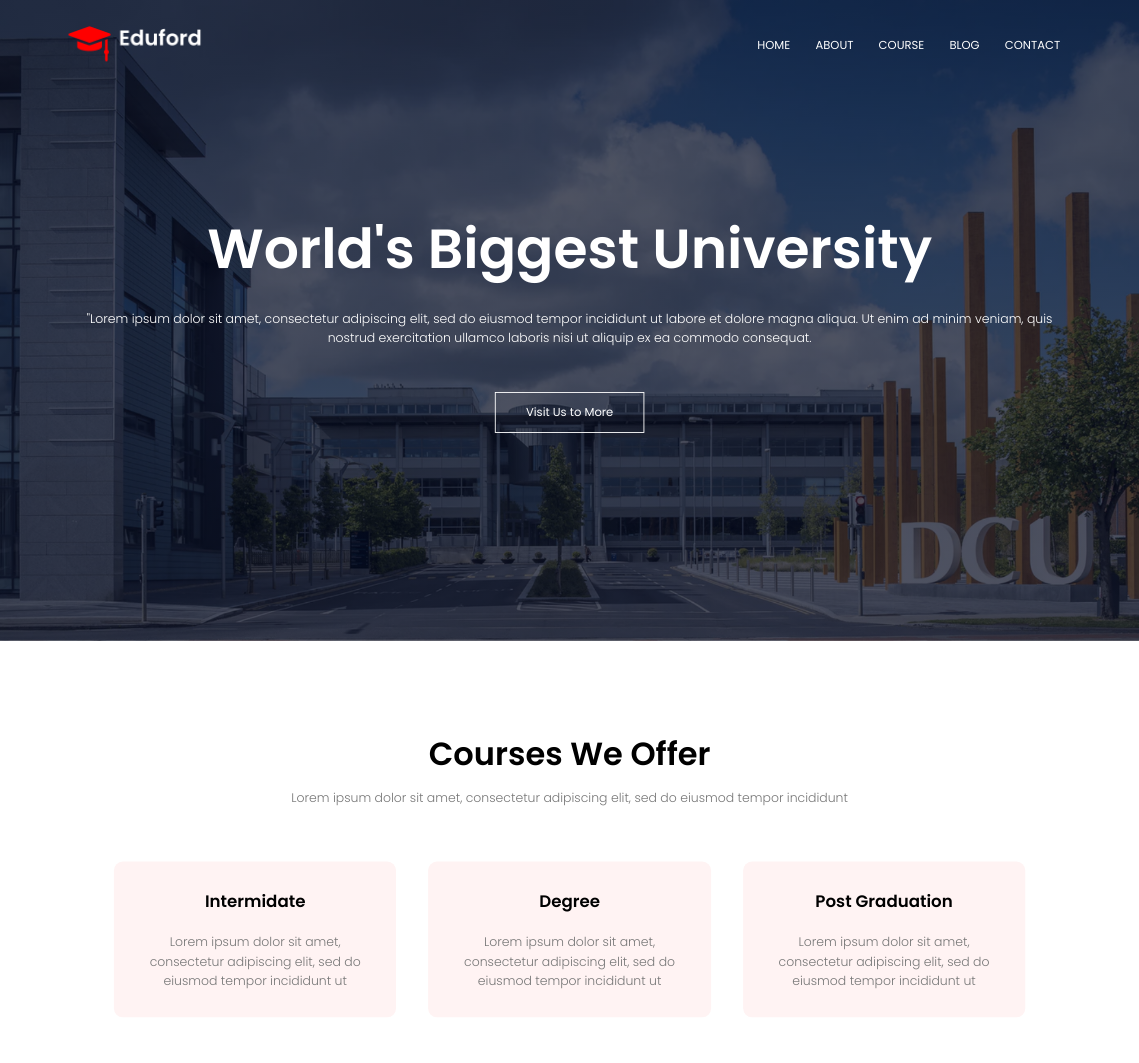
Repository: dewaary/company-profile
Page: index.html
The author's editor kept a copy of each file at every save. The page is drawn from the files as they stood at one save, then again after the next save.
The browser window is 1280 px wide. The pictures show the whole page, at 89% of full size.
The pointer rests on the first visible `.course-col`.

Above is the page before, as saved 2021-05-06 22:19:47.

### index.html
<!DOCTYPE html>
<html lang="en">

<head>
    <meta charset="UTF-8">
    <meta http-equiv="X-UA-Compatible" content="IE=edge">
    <meta name="viewport" content="width=device-width, initial-scale=1.0">
    <title>University Website Design</title>
    <link rel="stylesheet" href="style.css">
    <link rel="preconnect" href="https://fonts.gstatic.com">
    <link href="https://fonts.googleapis.com/css2?family=Poppins:wght@200;300;400;600;700&display=swap"
        rel="stylesheet">
    <link rel="stylesheet"
        href="https://cdn.jsdelivr.net/npm/@fortawesome/fontawesome-free@5.15.3/css/fontawesome.min.css">
</head>

<body>

    <section class="header">
        <nav>
            <a href="index.html"><img src="images/logo.png"></a>
            <div class="nav-links" id="navLinks">
                <i class="fa fa-times" onclick="hideMenu()"></i>
                <ul>
                    <li><a href="">HOME</a></li>
                    <li><a href="">ABOUT</a></li>
                    <li><a href="">COURSE</a></li>
                    <li><a href="">BLOG</a></li>
                    <li><a href="">CONTACT</a></li>
                </ul>
            </div>
            <i class="fa fa-bars" onclick="showMenu()"></i>
        </nav>

        <div class="text-box">
            <h1>World's Biggest University</h1>
            <p>"Lorem ipsum dolor sit amet, consectetur adipiscing elit, sed do eiusmod tempor incididunt ut labore et
                dolore magna aliqua. Ut enim ad minim veniam, quis nostrud exercitation ullamco laboris nisi ut aliquip
                ex ea commodo consequat.</p>
            <a href="" class="hero-btn">Visit Us to More</a>
        </div>
    </section>

     <!---- Courses ---->

     <section class="course">
        <h1>Courses We Offer</h1>
        <p>Lorem ipsum dolor sit amet, consectetur adipiscing elit, sed do eiusmod tempor incididunt</p>
        <div class="row">
            <div class="course-col">
                <h3>Intermidate</h3>
                <p>Lorem ipsum dolor sit amet, consectetur adipiscing elit, sed do eiusmod tempor incididunt ut</p>
            </div>

            <div class="course-col">
                <h3>Degree</h3>
                <p>Lorem ipsum dolor sit amet, consectetur adipiscing elit, sed do eiusmod tempor incididunt ut</p>
            </div>

            <div class="course-col">
                <h3>Post Graduation</h3>
                <p>Lorem ipsum dolor sit amet, consectetur adipiscing elit, sed do eiusmod tempor incididunt ut</p>
            </div>
        </div>
     </section>


    <!---- Javascript for Toggle Menu ---->
    <script>
        var navLinks = document.getElementById("navLinks");

        function showMenu() {
            navLinks.style.right = "0";
        }
        function hideMenu() {
            navLinks.style.right = "-200px";
        }
    </script>

</body>

</html>

### style.css
* {
  margin: 0;
  padding: 0;
  font-family: "Poppins", sans-serif;
}

.header {
  min-height: 100vh;
  width: 100%;
  background-image: linear-gradient(rgba(4, 9, 30, 0.7), rgba(4, 9, 30, 0.7)),
    url(images/banner.png);
  background-position: center;
  background-size: cover;
  position: relative;
}

nav {
  display: flex;
  padding: 2% 6%;
  justify-content: space-between;
  align-items: center;
}

nav img {
  width: 150px;
}

.nav-links {
  flex: 1;
  text-align: right;
}

.nav-links ul li {
  list-style: none;
  display: inline-block;
  padding: 8px 12px;
  position: relative;
}

.nav-links ul li a {
  color: #fff;
  text-decoration: none;
  font-size: 13px;
}

.nav-links ul li::after {
  content: "";
  width: 0%;
  height: 2px;
  background: #f44336;
  display: block;
  margin: auto;
  transition: 0.5s;
}

.nav-links ul li:hover::after {
  width: 100%;
}

.text-box {
  width: 90%;
  color: #fff;
  position: absolute;
  top: 50%;
  left: 50%;
  transform: translate(-50%, -50%);
  text-align: center;
}

.text-box h1 {
  font-size: 62px;
}

.text-box p {
  margin: 10px 0 40px;
  font-size: 14px;
  color: #fff;
}

.hero-btn {
  display: inline-block;
  text-decoration: none;
  color: #fff;
  border: 1px solid #fff;
  padding: 12px 34px;
  font-size: 13px;
  background: transparent;
  position: relative;
  cursor: pointer;
}

.hero-btn:hover {
  border: 1px solid #f44336;
  background: #f44336;
  transition: 1s;
}

nav .fa{
    display: none;
}

@media (max-width: 700px) {
  .text-box h1 {
    font-size: 20px;
  }

  .nav-links ul li {
    display: block;
  }
  .nav-links {
    position: absolute;
    background: #f44336;
    height: 100vh;
    width: 200px;
    top: 0;
    right: -200px;
    text-align: left;
    z-index: 2;
    transition: 1s;
  }

  nav .fa{
      display: block;
      color: #fff;
      margin: 10px;
      font-size: 22px;
      cursor: pointer;
  }

  .nav-links ul {
      padding: 30px;
  }
}

 /*---- Course ------ */

 .course{
     width: 80%;
     margin: auto;
     text-align: center;
     padding-top: 100px;
 }

 h1{
     font-size: 36px;
     font-weight: 600;
 }

 p{
     color: #777;
     font-size: 14px;
     font-weight: 300;
     line-height: 22px;
     padding: 10px;

 }

 .row{
     margin-top: 5%;
     display: flex;
     justify-content: space-between;
 }

 .course-col {
     flex-basis: 31%;
     background: #fff3f3;
     border-radius: 10px;
     margin-bottom: 5%;
     padding: 20px 12px;
     box-sizing: border-box;
     transition: 0.5s;
 }

 h3 {
     text-align: center;
     font-weight: 600;
     margin: 10px 0;
 }

 .course-col:hover{
     box-shadow: 0 0 20px 0px rgba(0,0,0,0,2);
 }

After the next save:
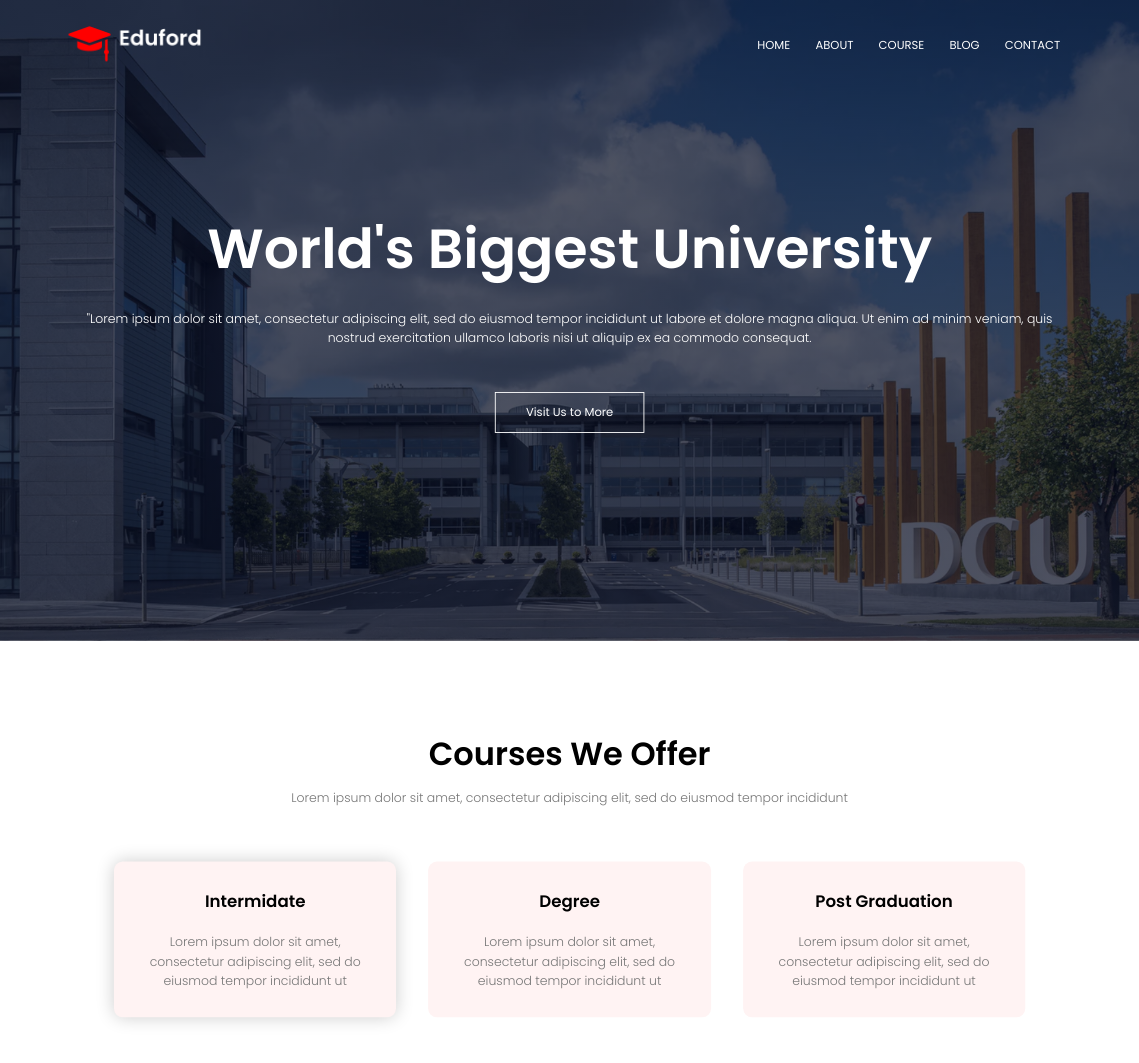
Saved 54 s later.
--- a/style.css
+++ b/style.css
@@ -178,5 +178,5 @@ nav .fa{
  }
 
  .course-col:hover{
-     box-shadow: 0 0 20px 0px rgba(0,0,0,0,2);
+     box-shadow: 0 0 20px 0px rgba(0,0,0,0.2);
  }
